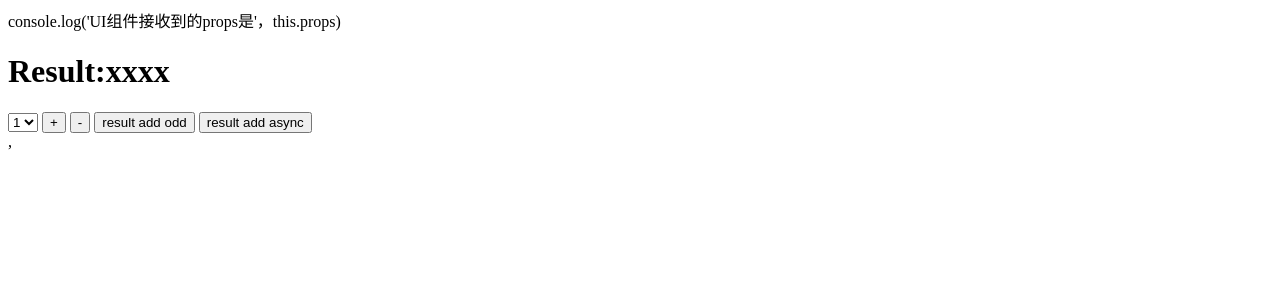
Repository: wenxi0504/React_redux220121
Page: / (app in redux_test/)
An editor plug-in stored every save of this project. The page is shown before and after the next save, followed by the edit.
The browser window is 1280 px wide. The pictures show the whole page.
The project was rebuilt for these pictures with package versions that can differ from the ones it lists, and the page was loaded fresh each time. Also part of the build but not shown: redux_test/src/component/Count/index.jsx.

Above is the page before, as saved 2022-01-27 20:06:32.

### redux_test/public/index.html
<!DOCTYPE html>
<html lang="en">
<head>
    <meta charset="UTF-8">
    <meta http-equiv="X-UA-Compatible" content="IE=edge">
    <meta name="viewport" content="width=device-width, initial-scale=1.0">
    <title>redux</title>
</head>
<body>
    <div id="root"></div>
</body>
</html>

### redux_test/src/index.js
import React from 'react'
import ReactDOM from 'react-dom'
import App from './App'
import store from'./redux/store'
import {Provider} from 'react-redux'

ReactDOM.render(
    <Provider store={store}>
        <App/>,
    </Provider>,
    document.getElementById('root')
    )

### redux_test/src/App.jsx
import React, { Component } from 'react';
import Count from './containers/Count'// container Count
import store from './redux/store'
import Person from './containers/Person'

export default class App extends Component {
  render() {
    return (<div>
      {/* 给容器组件传递store */}
        <Count store={store}/>
    </div>)
  }
}

### redux_test/src/redux/store.js
// this file is to expose a store object, the App only has one store object

//import createStore in order to create store object
import{createStore,applyMiddleware} from 'redux'
// import reducer
import countReducer from './reduces/counter_reducer'
//import redux-thunk , in order to support async action
import thunk from 'redux-thunk'


export default createStore(countReducer,applyMiddleware(thunk))

### redux_test/src/containers/Count/index.js
import CountUI from '../../component/Count'
import store from '../../redux/store'
//import connect to connect UI component and redux
import{connect} from 'react-redux'
//引入action
import {createIncrementAction,createDecrementAction,createIncrementAsyncAction} from '../../redux/counter_action'

import React, { Component } from 'react';


// define UI Component
class Count extends Component {
    state={carName:'Benz'}



    increment =()=>{
        const{value}=this.selectNumber
        this.props.jia(value*1)


    }
    decrement =()=>{
        const{value}=this.selectNumber
        this.props.jian(value*1)


    }
    incrementIfOdd =()=>{
        const{value}=this.selectNumber
        if(this.props.count %2 !==0){
            this.props.jia(value*1,500)

        }

    }
    incrementAsync =()=>{
        const{value}=this.selectNumber
        this.props.jiaAsync(value*1)
        //setTimeout(()=>{

    }
  render() {
    return <div>
        console.log('UI组件接收到的props是'，this.props)
        <h1>Result:xxxx </h1>
        <select ref={c=>this.selectNumber=c}>
        <option value="1">1</option>
        <option value="2">2</option>
        <option value="3">3</option>
        </select>&nbsp;
        <button onClick={this.increment}>+</button>&nbsp;
        <button onClick={this.decrement}>-</button>&nbsp;
        <button onClick={this.incrementIfOdd}>result add odd</button>&nbsp;
        <button onClick={this.incrementAsync}>result add async</button>
    </div>;
  }
}



//映射状态
//const mapStateToProps = state=>({count:state})

//映射操作状态的方法
// const mapDispatchToProps=dispatch =>(
//     {
//         jia:number=>dispatch(createIncrementAction(number)),
//         jian:number=>dispatch(createDecrementAction(number)),
//         jiaAsync:(number,time)=>dispatch(createIncrementAsyncAction(number,time))
//     }

// )






//use connect to create and export a container component for Count
// export default connect(
//     mapStateToProps,
//     mapDispatchToProps
//     )(CountUI)

export default connect(
    state=>({count:state}),
    //mapDispatchToProps 的一般写法
    // dispatch =>(
        //     {
        //         jia:number=>dispatch(createIncrementAction(number)),
        //         jian:number=>dispatch(createDecrementAction(number)),
        //         jiaAsync:(number,time)=>dispatch(createIncrementAsyncAction(number,time))
        //     }

        // )
        //精简版 redux 可以自动分发dispatch
        {
          jia: createIncrementAction,
          jian:createDecrementAction,
          jiaAsync :createIncrementAsyncAction,

        }



)(Count)

### redux_test/src/redux/reduces/counter_reducer.js
/*
1.this file is used to create a reducer in order to service
count component. reducer is a function
2. reducer pure function will receive two parameters, one is prestate,
and action object
*/


import {INCREMENT,DECREMENT} from '../constant'
//preState=initState is the default value of the paramet
const initState=0
export default function countReducer(preState=initState, action) {
    console.log(preState,action)
  if (preState === undefined) preState = 0;
  const { type, data } = action;
  switch (type) {
    case INCREMENT:
      return preState + data;
    case DECREMENT:
      return preState - data;
    //初始化
    default:
      return preState;
  }
}

### redux_test/src/redux/counter_action.js
// this file is used to create action object for Count component

import { INCREMENT,DECREMENT } from "./constant"
import store from './store'


 export function createIncrementAction(data){
return {type:INCREMENT,data}
}

//sync action, the value of the action is an object
export const createDecrementAction = data=>({type:DECREMENT,data})

// Async action , the value of action is a function. async action generally invoke sync action.
export const createIncrementAsyncAction=(data,time) =>{
    return ()=>{
     setTimeout(()=>{
        store.dispatch(createIncrementAction(data))

     },time)
  }
}

### redux_test/src/redux/constant.js
// define action object constant variable , in case spelling the wrong words

export const INCREMENT='increment'
export const DECREMENT='decrement'

### redux_test/src/containers/Person/index.js
import React, { Component } from 'react';

export default class index extends Component {
  render() {
    return <div></div>;
  }
}

After the next save:
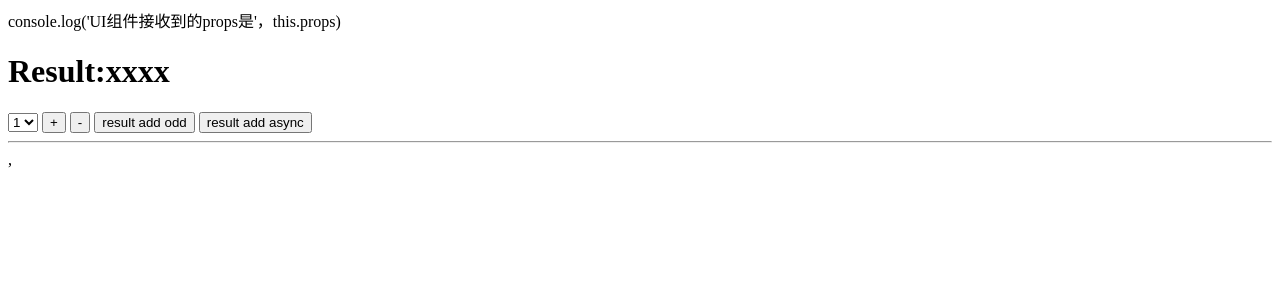
Saved 2 min 56 s later.
--- a/redux_test/src/App.jsx
+++ b/redux_test/src/App.jsx
@@ -8,6 +8,8 @@ export default class App extends Component {
     return (<div>
       {/* 给容器组件传递store */}
         <Count store={store}/>
+        <hr/>
+        <Person/>
     </div>)
   }
 }
